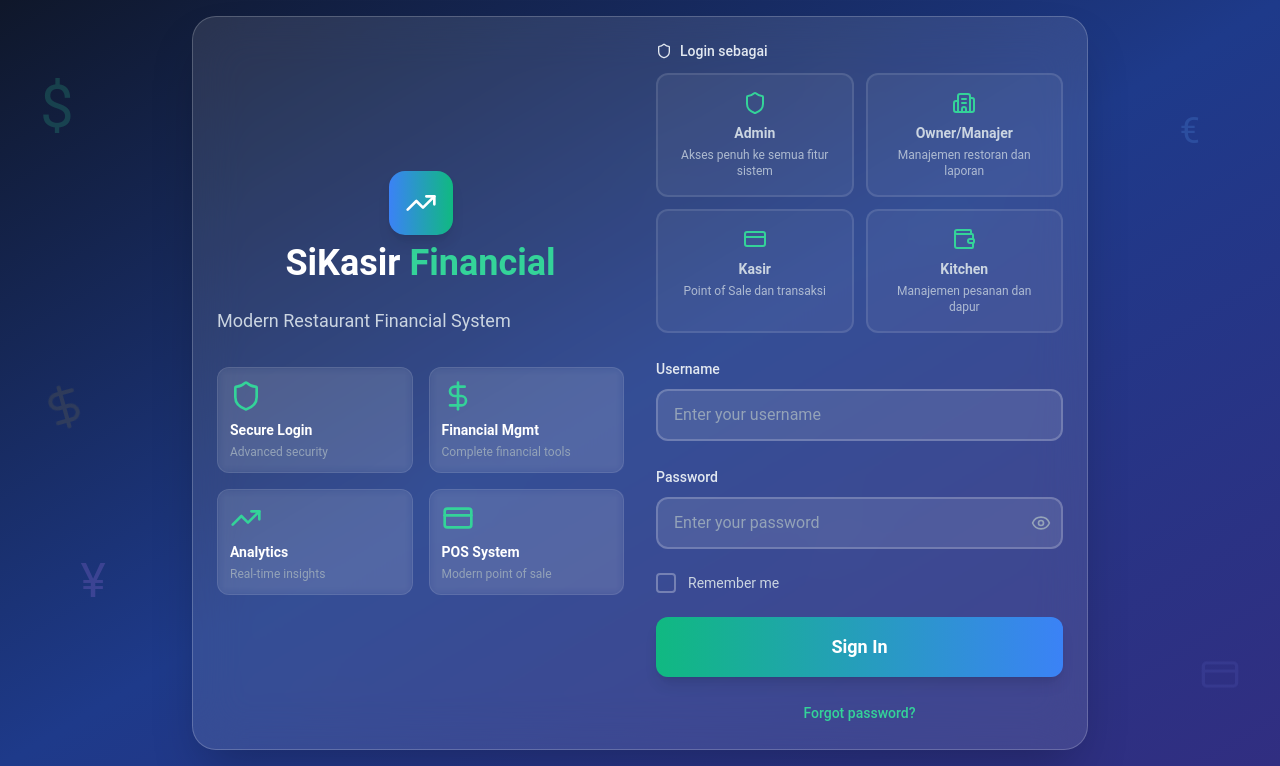
Repository: luthfirf17/SiKasir
Page: / (app in frontend/)
An editor plug-in stored every save of this project. The page is shown before and after the next save, followed by the edit.
The browser window is 1280 px wide. The pictures show the whole page.
The page's requests for data from a server got no answer. The project was rebuilt for these pictures with package versions that can differ from the ones it lists, and the page was loaded fresh each time. No one was signed in, and anything a server would have sent is missing. Also part of the build but not shown: frontend/src/modules/admin/config/navigationConfig.ts, frontend/src/modules/admin/components/ModernAdminNavigation.tsx, frontend/src/modules/admin/components/AdminNavbar.tsx, frontend/src/modules/admin/layouts/AdminLayout.tsx, frontend/src/modules/admin/pages/DashboardPage.tsx, frontend/src/services/MenuService.ts, frontend/src/utils/menuDataConverter.ts, frontend/src/hooks/useMenuData.ts and 19 more.

Above is the page before, as saved 2025-09-25 17:34:23.

After the next save:
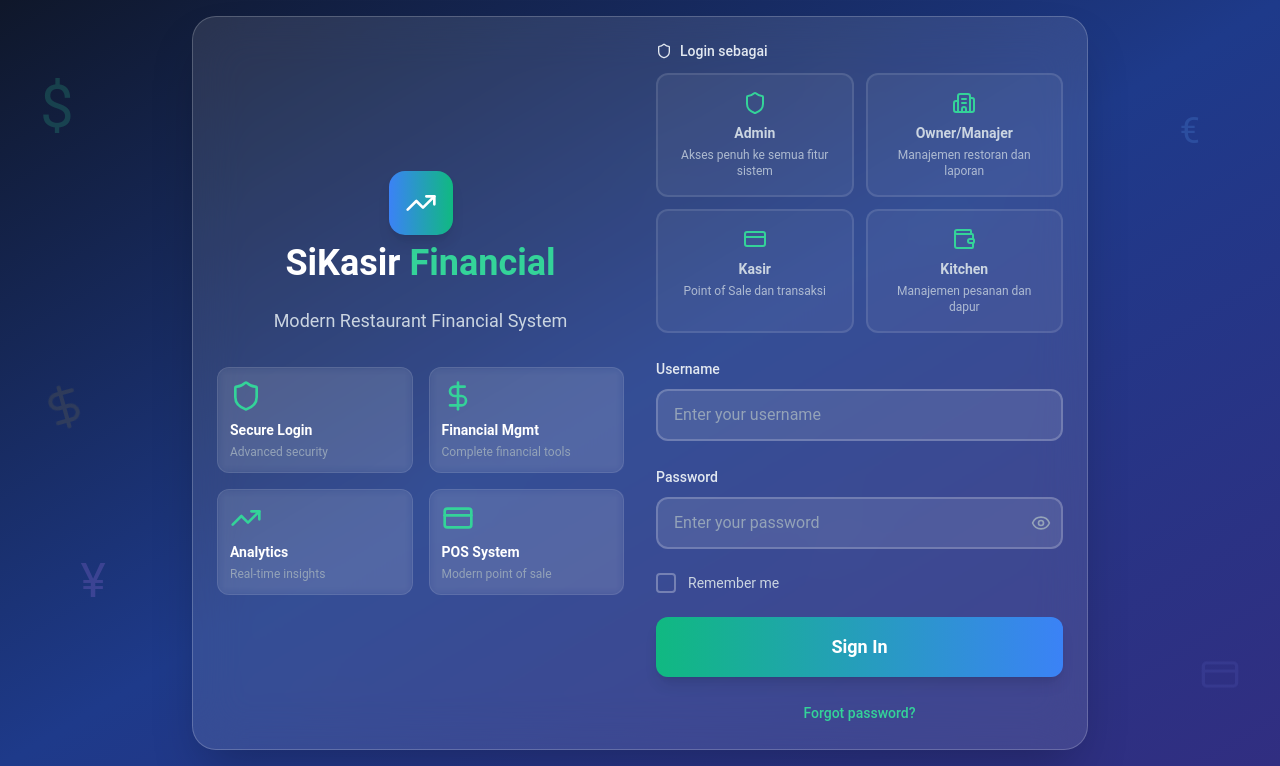
Saved 67 s later.
--- a/frontend/src/pages/LoginPage.tsx
+++ b/frontend/src/pages/LoginPage.tsx
@@ -207,7 +207,7 @@ const LoginPage = () => {
                     SiKasir <span className="text-emerald-400">Financial</span>
                   </h1>
                 </div>
-                <p className="text-slate-300 text-lg mb-8">
+                <p className="text-slate-300 text-lg mb-8 text-center">
                   Modern Restaurant Financial System
                 </p>
               </div>
